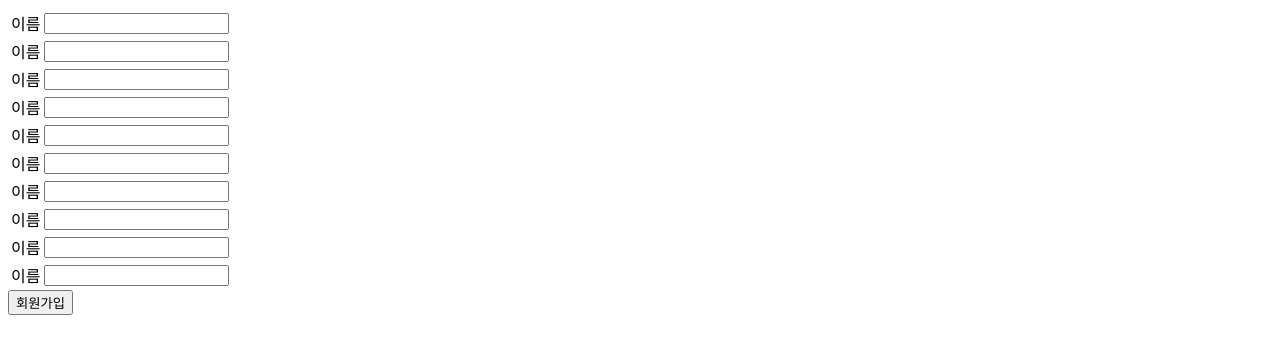
Repository: zero1128/20201113
Page: chap04/WebContent/join.html
An editor plug-in stored every save of this project. The page is shown before and after the next save, followed by the edit.
The browser window is 1280 px wide. The pictures show the whole page.

Above is the page before, as saved 2020-11-05 00:32:01.

### chap04/WebContent/join.html
<!DOCTYPE html>
<html>
<head>
<meta charset="UTF-8">
<title>Insert title here</title>
</head>
<body>
<form action="Join">
	<table>
		<tr><td>이름</td><td><input type="text" name="name"/></td></tr>
		<tr><td>이름</td><td><input type="text" name="name"/></td></tr>
		<tr><td>이름</td><td><input type="text" name="name"/></td></tr>
		<tr><td>이름</td><td><input type="text" name="name"/></td></tr>
		<tr><td>이름</td><td><input type="text" name="name"/></td></tr>
		<tr><td>이름</td><td><input type="text" name="name"/></td></tr>
		<tr><td>이름</td><td><input type="text" name="name"/></td></tr>
		<tr><td>이름</td><td><input type="text" name="name"/></td></tr>
		<tr><td>이름</td><td><input type="text" name="name"/></td></tr>
		<tr><td>이름</td><td><input type="text" name="name"/></td></tr>
	</table>
	<input type="submit" value="회원가입"/>
</form>
</body>
</html>

After the next save:
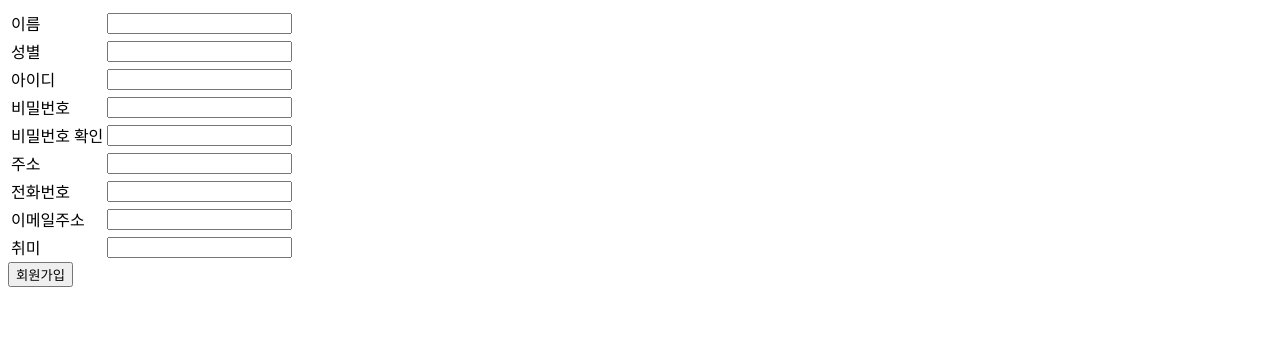
Saved 45 s later.
--- a/chap04/WebContent/join.html
+++ b/chap04/WebContent/join.html
@@ -8,15 +8,14 @@
 <form action="Join">
 	<table>
 		<tr><td>이름</td><td><input type="text" name="name"/></td></tr>
-		<tr><td>이름</td><td><input type="text" name="name"/></td></tr>
-		<tr><td>이름</td><td><input type="text" name="name"/></td></tr>
-		<tr><td>이름</td><td><input type="text" name="name"/></td></tr>
-		<tr><td>이름</td><td><input type="text" name="name"/></td></tr>
-		<tr><td>이름</td><td><input type="text" name="name"/></td></tr>
-		<tr><td>이름</td><td><input type="text" name="name"/></td></tr>
-		<tr><td>이름</td><td><input type="text" name="name"/></td></tr>
-		<tr><td>이름</td><td><input type="text" name="name"/></td></tr>
-		<tr><td>이름</td><td><input type="text" name="name"/></td></tr>
+		<tr><td>성별</td><td><input type="text" name="name"/></td></tr>
+		<tr><td>아이디</td><td><input type="text" name="name"/></td></tr>
+		<tr><td>비밀번호</td><td><input type="text" name="name"/></td></tr>
+		<tr><td>비밀번호 확인</td><td><input type="text" name="name"/></td></tr>
+		<tr><td>주소</td><td><input type="text" name="name"/></td></tr>
+		<tr><td>전화번호</td><td><input type="text" name="name"/></td></tr>
+		<tr><td>이메일주소</td><td><input type="text" name="name"/></td></tr>
+		<tr><td>취미</td><td><input type="text" name="name"/></td></tr>
 	</table>
 	<input type="submit" value="회원가입"/>
 </form>
